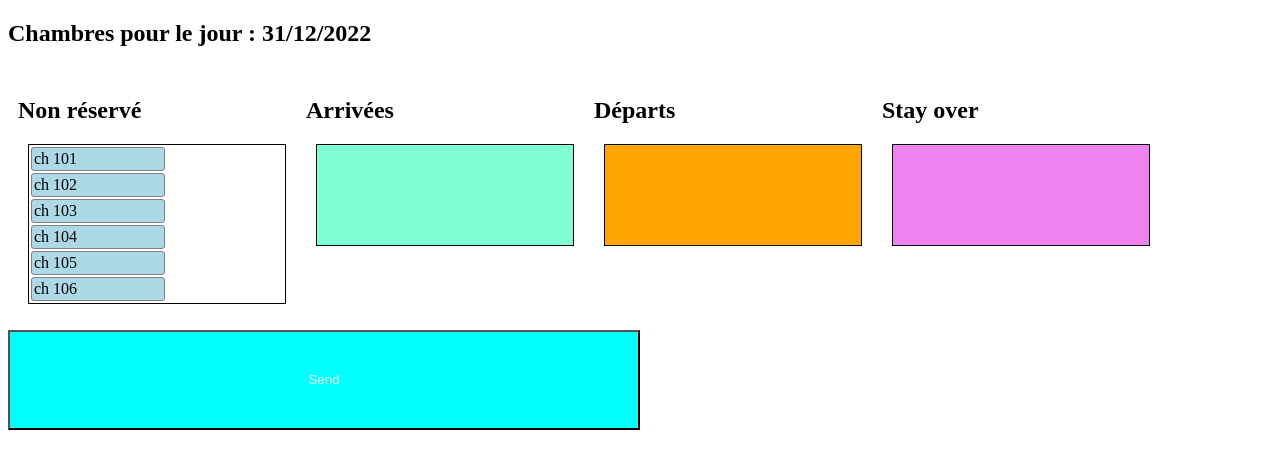
Repository: boschierob/order-app
Page: drag.html
An editor plug-in stored every save of this project. The page is shown before and after the next save, followed by the edit.
The browser window is 1280 px wide. The pictures show the whole page.
Some web libraries are served in a nearby version.

Above is the page before, as saved 2023-01-01 00:43:22.

### drag.html
<!DOCTYPE html>
<html lang="en">

<head>
  <meta charset="UTF-8">
  <meta http-equiv="X-UA-Compatible" content="IE=edge">
  <meta name="viewport" content="width=device-width, initial-scale=1.0">
  <link rel="stylesheet" href="http://code.jquery.com/ui/1.9.2/themes/base/jquery-ui.css" />
  <script type="text/javascript" src="http://code.jquery.com/jquery.min.js"></script>
  <script type="text/javascript" src="http://code.jquery.com/ui/1.9.2/jquery-ui.js"></script>
  <script type="text/javascript" src="http://www.pureexample.com/js/lib/jquery.ui.touch-punch.min.js"></script>


  <!-- CSS -->
  <style type="text/css">
    .items-container {
      display: flex;
    }

    .items-container>div {
      margin: 10px;
    }

    .list {
      max-width: 50%;
      background-color: lightblue;
      border: 1px solid gray;
    }

    .items .ui-selected {
      background: red;
      color: white;
      font-weight: bold;
    }

    .items {
      list-style-type: none;
      margin-left: 10px;
      padding: 0;
      width: 20vw;
      border: 1px solid;
      min-height: 100px;
    }

    .g {
      background-color: aquamarine;
    }

    .o {
      background-color: orange;
    }

    .z {
      background-color: violet;
    }

    .items li {
      margin: 2px;
      padding: 2px;
      cursor: pointer;
      border-radius: 3px;
    }

 .highlight {
      border: 2px solid red;
      font-weight: bold;
    }
    .btn-large{
      width:50%;
      height:100px;
      background-color: aqua;
      color:aliceblue;
    }
  </style>

  <title>Document</title>
</head>
<!-- HTML -->

<body>
  <h2 id="date"> Chambres pour le jour : <span id="today"></span></h2>

  <div class="items-container">
    <div>
      <h2>Non réservé</h2>
      <ul id="items1" class="items ">

        <li class="list">ch 101</li>
        <li class="list">ch 102</li>
        <li class="list">ch 103</li>
        <li class="list">ch 104</li>
        <li class="list">ch 105</li>
        <li class="list">ch 106</li>
      </ul>
    </div>

    <div>
      <h2>Arrivées</h2>
      <ul id="items2" class="items g">
      </ul>

    </div>

    <div>
      <h2>Départs</h3>
        <ul id="items3" class="items o">


        </ul>

    </div>

    <div>
      <h2>Stay over</h4>
        <ul id="items4" class="items z">


        </ul>
    </div>
  </div>
  <button class="btn-large" onclick="sendData()">Send</button>

  <!-- Javascript -->
<script>
  function sendData(){
    let arrivals = document.getElementById("items2").innerText.split('\n')
    let departures = document.getElementById("items3").innerText.split('\n')
    let so = document.getElementById("items4").innerText.split('\n')
    let data = {
      "arrivals" : arrivals ,
      "departures": departures,
      "so" : so
    }
    fetch('/list', {
  method: 'POST',
  body:JSON.stringify(data),
  headers: {
    'Content-Type': 'application/json'
  }
})
.then(res => res.json())
.then(data => console.log(data));

console.log(JSON.stringify(data))
}

  let ladate = new Date();
  const el = document.querySelector("#today")
  el.innerHTML = ladate.getDate() + "/" + (ladate.getMonth() + 1) + "/" + ladate.getFullYear();

  $(function () {
    $("#items1,#items2,#items3,#items4").sortable({
      connectWith: "#items1,#items2,#items3,#items4",
      start: function (event, ui) {
        ui.item.toggleClass("highlight");
      },
      stop: function (event, ui) {
        ui.item.toggleClass("highlight");
        var element = document.getElementById("items1"); // or any other element
        //console.log(element); // logs the expandable <html>…</html>
        //console.dir(element.innerText); // logs the element’s properties and values
      }
    });
    $("#items1,#items2,#items3,#items4").disableSelection();

  });
</script>
</body>

</html>

After the next save:
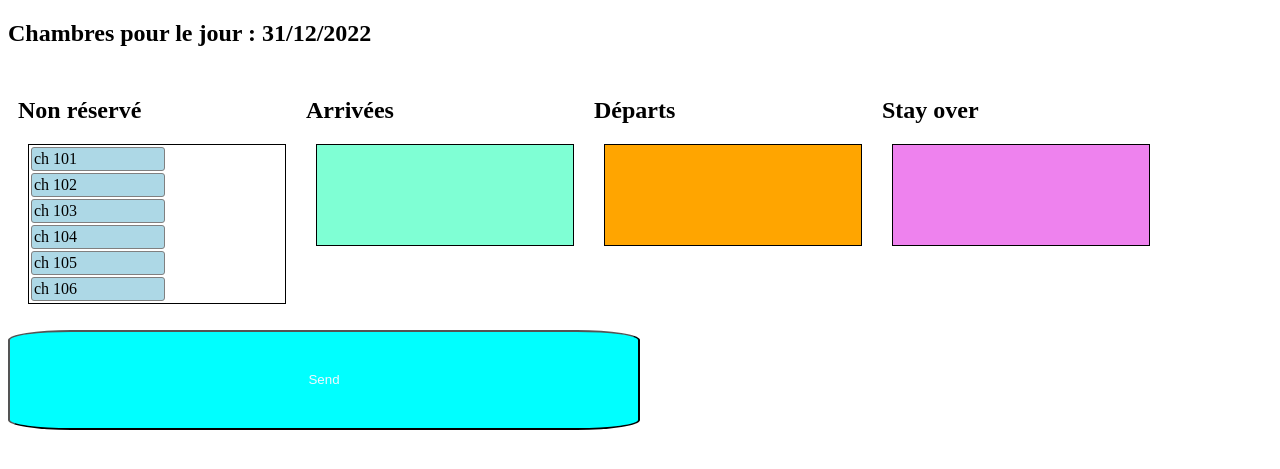
Saved 26 s later.
--- a/drag.html
+++ b/drag.html
@@ -70,6 +70,7 @@
       height:100px;
       background-color: aqua;
       color:aliceblue;
+      border-radius: 10%;
     }
   </style>
 
